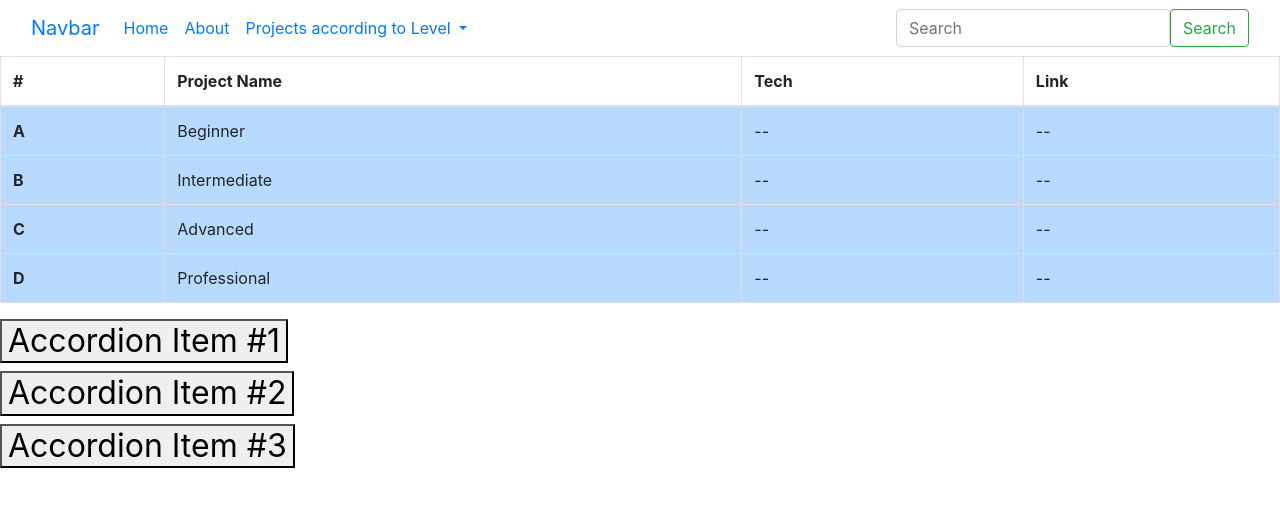
Repository: VictoriousMango/100-Python-Project
Page: index.html
The author's editor kept a copy of each file at every save. The page is drawn from the files as they stood at one save, then again after the next save.
The browser window is 1280 px wide. The pictures show the whole page.
Some web libraries are served in a nearby version.

Above is the page before, as saved 2024-05-18 01:39:06.

### index.html
<!doctype html>
<html lang="en">
  <head>
    <!-- Required meta tags -->
    <meta charset="utf-8">
    <meta name="viewport" content="width=device-width, initial-scale=1, shrink-to-fit=no">

    <!-- Bootstrap CSS -->
    <link rel="stylesheet" href="https://cdn.jsdelivr.net/npm/bootstrap@4.0.0/dist/css/bootstrap.min.css" integrity="sha384-Gn5384xqQ1aoWXA+058RXPxPg6fy4IWvTNh0E263XmFcJlSAwiGgFAW/dAiS6JXm" crossorigin="anonymous">
    <!-- Bootstrap JS -->
    <script src="https://cdn.jsdelivr.net/npm/@popperjs/core@2.11.8/dist/umd/popper.min.js" integrity="sha384-I7E8VVD/ismYTF4hNIPjVp/Zjvgyol6VFvRkX/vR+Vc4jQkC+hVqc2pM8ODewa9r" crossorigin="anonymous"></script>
    <script src="https://cdn.jsdelivr.net/npm/bootstrap@5.3.3/dist/js/bootstrap.min.js" integrity="sha384-0pUGZvbkm6XF6gxjEnlmuGrJXVbNuzT9qBBavbLwCsOGabYfZo0T0to5eqruptLy" crossorigin="anonymous"></script>
    <title>100 Python Project</title>
  </head>
  <body>
    <nav class="navbar navbar-expand-lg bg-body-tertiary">
      <div class="container-fluid">
        <a class="navbar-brand" href="#">Navbar</a>
        <button class="navbar-toggler" type="button" data-bs-toggle="collapse" data-bs-target="#navbarSupportedContent" aria-controls="navbarSupportedContent" aria-expanded="false" aria-label="Toggle navigation">
          <span class="navbar-toggler-icon"></span>
        </button>
        <div class="collapse navbar-collapse" id="navbarSupportedContent">
          <ul class="navbar-nav me-auto mb-2 mb-lg-0">
            <li class="nav-item">
              <a class="nav-link active" aria-current="page" href="#">Home</a>
            </li>
            <li class="nav-item">
              <a class="nav-link" href="#">About</a>
            </li>
            <li class="nav-item dropdown">
              <a class="nav-link dropdown-toggle" href="#" role="button" data-bs-toggle="dropdown" aria-expanded="true ">
                Projects according to Level
              </a>
              <ul class="dropdown-menu">
                <li><a class="dropdown-item" href="#Beginner">Beginner</a></li>
                <li><a class="dropdown-item" href="#Intermediate">Intermediate</a></li>
                <li><a class="dropdown-item" href="#Advanced">Advanced</a></li>
                <li><a class="dropdown-item" href="#Professional">Professional</a></li>
              </ul>
            </li>
          </ul>
        </div>
          <form class="d-flex" role="search">
            <input class="form-control me-2" type="search" placeholder="Search" aria-label="Search">
            <button class="btn btn-outline-success" type="submit">Search</button>
          </form>
      </div>
    </nav>


    <!-- Tabular Entry Start -->
    <table class="table table-bordered table-striped">
      <thead>
        <tr>
          <th scope="col">#</th>
          <th scope="col">Project Name</th>
          <th scope="col">Tech</th>
          <th scope="col">Link</th>
        </tr>
      </thead>
      <tbody>
        <!-- Beginner Projects -->
        <div class="Beginner" id="Beginner">
          <tr class="table-primary">
            <th scope="row">A</th>
            <td>Beginner</td>
            <td> -- </td>
            <td> -- </td>
          </tr>
        </div>

        <!-- Intermediate Project Links -->
        <div class="Intermediate" id="Intermediate">
          <tr class="table-primary">
            <th scope="row">B</th>
            <td>Intermediate</td>
            <td> -- </td>
            <td> -- </td>
          </tr>
        </div>

        <!-- Advanced Project Links -->
        <div class="Advanced" id="Advanced">
          <tr class="table-primary">
            <th scope="row">C</th>
            <td>Advanced</td>
            <td> -- </td>
            <td> -- </td>
          </tr>
        </div>

        <!-- Professional Links -->
        <div class="Professional" id="Professional">
          <tr class="table-primary">
            <th scope="row">D</th>
            <td>Professional</td>
            <td> -- </td>
            <td> -- </td>
          </tr>
        </div>

      </tbody>
    </table>
    <!-- Tabular Entry End -->

    <div class="accordion accordion-flush" id="accordionFlushExample">
      <div class="accordion-item">
        <h2 class="accordion-header">
          <button class="accordion-button collapsed" type="button" data-bs-toggle="collapse" data-bs-target="#flush-collapseOne" aria-expanded="false" aria-controls="flush-collapseOne">
            Accordion Item #1
          </button>
        </h2>
        <div id="flush-collapseOne" class="accordion-collapse collapse" data-bs-parent="#accordionFlushExample">
          <div class="accordion-body">Placeholder content for this accordion, which is intended to demonstrate the <code>.accordion-flush</code> class. This is the first item's accordion body.</div>
        </div>
      </div>
      <div class="accordion-item">
        <h2 class="accordion-header">
          <button class="accordion-button collapsed" type="button" data-bs-toggle="collapse" data-bs-target="#flush-collapseTwo" aria-expanded="false" aria-controls="flush-collapseTwo">
            Accordion Item #2
          </button>
        </h2>
        <div id="flush-collapseTwo" class="accordion-collapse collapse" data-bs-parent="#accordionFlushExample">
          <div class="accordion-body">Placeholder content for this accordion, which is intended to demonstrate the <code>.accordion-flush</code> class. This is the second item's accordion body. Let's imagine this being filled with some actual content.</div>
        </div>
      </div>
      <div class="accordion-item">
        <h2 class="accordion-header">
          <button class="accordion-button collapsed" type="button" data-bs-toggle="collapse" data-bs-target="#flush-collapseThree" aria-expanded="false" aria-controls="flush-collapseThree">
            Accordion Item #3
          </button>
        </h2>
        <div id="flush-collapseThree" class="accordion-collapse collapse" data-bs-parent="#accordionFlushExample">
          <div class="accordion-body">Placeholder content for this accordion, which is intended to demonstrate the <code>.accordion-flush</code> class. This is the third item's accordion body. Nothing more exciting happening here in terms of content, but just filling up the space to make it look, at least at first glance, a bit more representative of how this would look in a real-world application.</div>
        </div>
      </div>
    </div>
    <!-- Optional JavaScript -->
    <!-- jQuery first, then Popper.js, then Bootstrap JS -->
    <script src="https://code.jquery.com/jquery-3.2.1.slim.min.js" integrity="sha384-KJ3o2DKtIkvYIK3UENzmM7KCkRr/rE9/Qpg6aAZGJwFDMVNA/GpGFF93hXpG5KkN" crossorigin="anonymous"></script>
    <script src="https://cdn.jsdelivr.net/npm/popper.js@1.12.9/dist/umd/popper.min.js" integrity="sha384-ApNbgh9B+Y1QKtv3Rn7W3mgPxhU9K/ScQsAP7hUibX39j7fakFPskvXusvfa0b4Q" crossorigin="anonymous"></script>
    <script src="https://cdn.jsdelivr.net/npm/bootstrap@4.0.0/dist/js/bootstrap.min.js" integrity="sha384-JZR6Spejh4U02d8jOt6vLEHfe/JQGiRRSQQxSfFWpi1MquVdAyjUar5+76PVCmYl" crossorigin="anonymous"></script>
  </body>
</html>

After the next save:
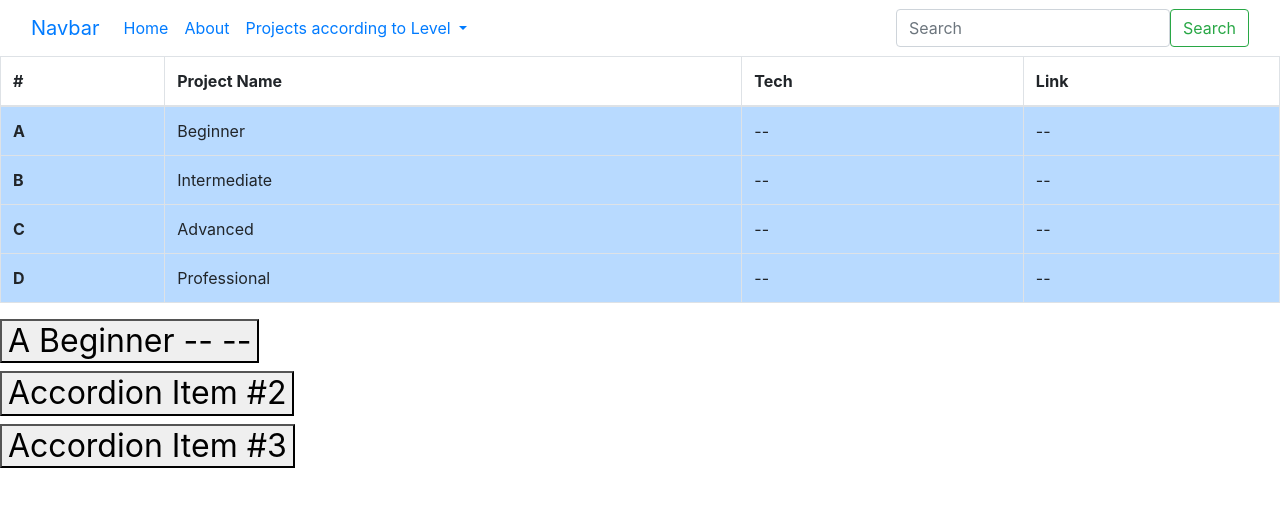
Saved 70 s later.
--- a/index.html
+++ b/index.html
@@ -107,7 +107,15 @@
       <div class="accordion-item">
         <h2 class="accordion-header">
           <button class="accordion-button collapsed" type="button" data-bs-toggle="collapse" data-bs-target="#flush-collapseOne" aria-expanded="false" aria-controls="flush-collapseOne">
-            Accordion Item #1
+                    <!-- Beginner Projects -->
+                    <div class="Beginner" id="Beginner">
+                      <tr class="table-primary">
+                        <th scope="row">A</th>
+                        <td>Beginner</td>
+                        <td> -- </td>
+                        <td> -- </td>
+                      </tr>
+                    </div>
           </button>
         </h2>
         <div id="flush-collapseOne" class="accordion-collapse collapse" data-bs-parent="#accordionFlushExample">
